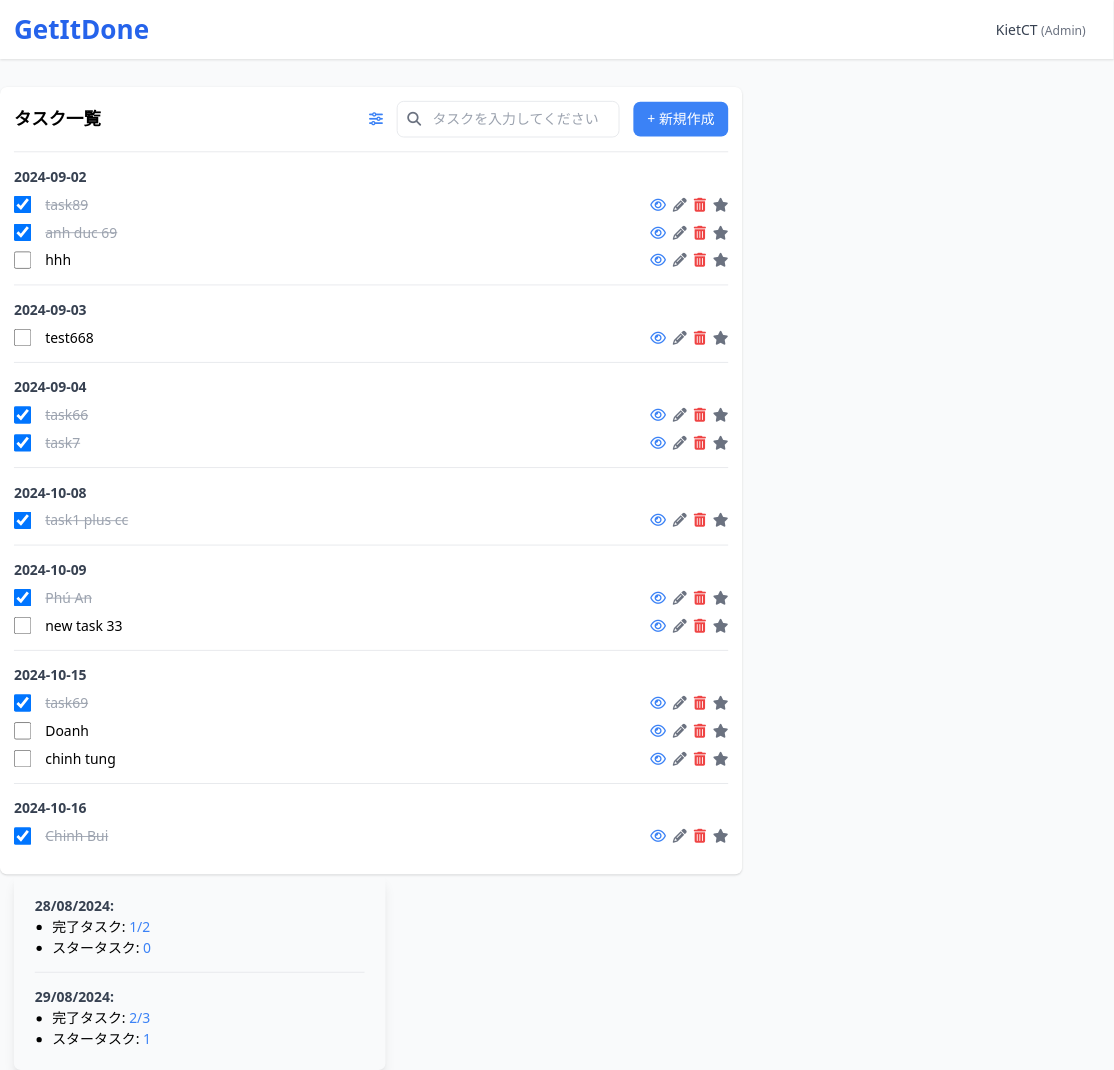
Repository: TuanAnhNguyen723/todolist
Page: http://localhost/mainscreen/mainscreen.php
An editor plug-in stored every save of this project. The page is shown before and after the next save, followed by the edit.
The browser window is 1280 px wide. The pictures show the whole page, at 87% of full size.
Some web libraries are served in a nearby version. The page is run by PHP 8.4 with error messages shown; the project is at /var/www/html/. The database holds what the project's SQL file puts in it.

Above is the page before, as saved 2024-09-30 16:14:23.

### mainscreen/mainscreen.php
<!DOCTYPE html>
<?php
include '../mainscreen/mainscreenController.php';
?>

<html lang="ja">
  <head>
    <meta charset="UTF-8" />
    <meta name="viewport" content="width=device-width, initial-scale=1.0" />
    <title>GetItDone Task List</title>
    <link
      href="https://cdn.jsdelivr.net/npm/tailwindcss@2.2.19/dist/tailwind.min.css"
      rel="stylesheet"
    />
    <link
      rel="stylesheet"
      href="https://cdnjs.cloudflare.com/ajax/libs/font-awesome/6.6.0/css/all.min.css"
    />

    <link href="./mainscreen.css">
    <script src="./mainscreen.js" defer></script>
  </head>
  <body class="bg-gray-50">
    <!-- Header Section -->
    <header class="bg-white shadow p-4 flex justify-between items-center">
      <div class="flex items-center">
        <h1 class="text-3xl font-bold text-blue-600">GetItDone</h1>
      </div>
      <div class="flex items-center">
        <span class="text-gray-700 mr-4"
          >KietCT <span class="text-sm text-gray-500">(Admin)</span></span
        >
      </div>
    </header>

    <!-- Main Section -->
    <main class="container mx-auto mt-8">
      <div class="flex justify-between">
        <!-- Task List -->
        <div class="w-2/3 bg-white p-4 shadow rounded-lg">
          <div class="flex justify-between items-center mb-4">
            <!-- Task List Title -->
            <h2 class="text-xl font-bold">タスク一覧</h2>

            <div class="flex items-center space-x-4">
              <!-- Filter Icon -->
              <button class="text-blue-500 hover:text-gray-700">
                <i class="fas fa-sliders-h"></i>
              </button>

              <!-- Search Input with Icon -->
              <div class="relative">
                <input
                  type="text"
                  class="border rounded-lg pl-10 pr-3 py-2 w-64"
                  placeholder="タスクを入力してください"
                />
                <!-- Search Icon -->
                <i
                  class="fas fa-search absolute left-3 top-3 text-gray-500"
                ></i>
              </div>

              <!-- New Task Button -->
              <button
                class="newtask bg-blue-500 text-white px-4 py-2 rounded-lg"
              >
                + 新規作成
              </button>
            </div>
          </div>

          <!-- Task Groups by Date -->
          <div class="task-container">
            <?php
            foreach ($tasks_by_date as $date => $tasks): // Duyệt qua các nhóm task theo ngày
              foreach ($tasks as $index => $task): // Duyệt qua từng task trong ngày
            ?>
                <?php if ($index === 0): // Chỉ hiển thị tiêu đề ngày cho task đầu tiên trong nhóm ?>
                  <div class="mb-4 border-t pt-4">
                    <h3 class="font-bold text-gray-700"><?php echo htmlspecialchars($date); ?></h3>
                <?php endif; ?>

                <div class="flex justify-between items-center space-x-4 my-2">
                  <div class="flex items-center space-x-4">
                    <input
                      type="checkbox"
                      class="form-checkbox h-5 w-5 toggle-complete"
                      data-task-id="<?php echo $task['task_id']; ?>"
                      <?php echo $task['checked'] ? 'checked' : ''; ?>
                    />
                    <span class="task-text <?php echo $task['checked'] ? 'line-through text-gray-400' : ''; ?>">
                      <?php echo htmlspecialchars($task['title']); ?>
                    </span>
                  </div>
                  <div class="flex space-x-2">
                    <!-- Nút xem chi tiết -->
                    <button class="text-blue-500 hover:text-blue-700">
                      <i class="fa fa-eye"></i>
                    </button>

                    <!-- Nút sửa với thuộc tính data-task-id để lưu task_id -->
                    <button class="text-gray-500 hover:text-gray-700 edit-task-button" data-task-id="<?php echo $task['task_id']; ?>">
                        <i class="fa fa-pencil"></i>
                    </button>

                    <!-- Nút xóa với form POST -->
                    <form action="./mainscreenController.php" method="POST" style="display:inline;">
                      <input type="hidden" name="task_id" value="<?php echo $task['task_id']; ?>">
                      <button type="submit" name="delete_task" class="text-red-500 hover:text-red-700">
                        <i class="fa fa-trash"></i>
                      </button>
                    </form>

                    <!-- Nút đánh dấu sao -->
                    <button class="text-gray-500 hover:text-yellow-300 star-icon">
                      <i class="fa fa-star"></i>
                    </button>
                  </div>
                </div>

                <?php if ($index === count($tasks) - 1): // Đóng div nhóm cho task cuối cùng trong ngày ?>
                  </div>
                <?php endif; ?>

            <?php
              endforeach;
            endforeach;
            ?>
          </div>



          </div>
        </div>

        <!-- Task Completion Summary -->
        <div
          id="task-summary"
          class="w-1/3 bg-grey-900 p-6 rounded-lg shadow-lg ml-4"
        >
          <h3 class="font-bold text-gray-700">28/08/2024:</h3>
          <ul class="list-disc pl-5">
            <li>完了タスク: <span class="text-blue-500">1/2</span></li>
            <li>スタータスク: <span class="text-blue-500">0</span></li>
          </ul>

          <h3 class="font-bold text-gray-700 mt-4 border-t pt-4">
            29/08/2024:
          </h3>
          <ul class="list-disc pl-5">
            <li>完了タスク: <span class="text-blue-500">2/3</span></li>
            <li>スタータスク: <span class="text-blue-500">1</span></li>
          </ul>
        </div>

        <!-- Task Add Modal -->
        <div id="taskAddModal" class="fixed z-50 inset-0 overflow-y-auto hidden">
          <div class="flex items-center justify-center min-h-screen bg-black bg-opacity-50">
            <div class="relative bg-white w-96 p-6 rounded-lg shadow-lg">
              <!-- Close Button -->
              <button id="closeModal" class="absolute top-2 right-2 text-gray-500 hover:text-gray-700">
                <i class="fas fa-times"></i>
              </button>

              <!-- Modal Title -->
              <h2 class="text-2xl font-bold mb-4">タスク追加</h2>

              <!-- Form -->

              <form action="mainscreenController.php" method="POST">
                <!-- Task Title -->
                <input
                  name="title"
                  type="text"
                  placeholder="タイトルが入力してください"
                  class="title w-full border border-gray-300 p-2 rounded-lg mb-4"
                />

                <!-- Date Pickers -->
                <div class="flex justify-between space-x-4 mb-4">
                  <div class="w-1/2 relative">
                    <label for="time_start" class="sr-only">Start Date</label>
                    <input
                      type="date"
                      name="time_start"
                      class="w-full border border-gray-300 p-2 rounded-lg"
                    />
                  </div>
                  <div class="w-1/2 relative">
                    <label for="time_end" class="sr-only">End Date</label>
                    <input
                      type="date"
                      name="time_end"
                      class="w-full border border-gray-300 p-2 rounded-lg"
                    />
                  </div>
                </div>

                <!-- Task Description -->
                <textarea
                  name="description"
                  placeholder="ディスクリプが入力してください"
                  class="w-full border border-gray-300 p-2 rounded-lg mb-4"
                  rows="4"
                ></textarea>

                <!-- Buttons -->
                <div class="flex justify-between">
                  <button
                    type="submit"
                    class="bg-blue-500 text-white px-4 py-2 rounded-lg w-full mr-2"
                  >
                    作成
                  </button>
                  <button
                    type="button"
                    class="border border-blue-500 text-blue-500 px-4 py-2 rounded-lg w-full"
                    id="cancelButton"
                  >
                    キャンセル
                  </button>
                </div>
              </form>

            </div>
          </div>
        </div>

        <!-- Filter Modal -->
        <div
          id="filterModal"
          class="fixed inset-0 bg-black bg-opacity-30 flex justify-center items-center hidden"
        >
          <div class="bg-white p-6 rounded-lg shadow-lg w-80">
            <h2 class="text-xl font-bold mb-4">フィルターオプション</h2>

            <!-- Status Dropdown -->
            <div class="mb-4 relative">
              <label class="block text-gray-700 font-semibold"
                >ステータス</label
              >
              <button
                id="statusButton"
                class="bg-gray-200 border border-gray-300 p-2 w-full text-left rounded-lg flex justify-between items-center"
              >
                <span id="statusText">全ステータス</span>
                <i class="fas fa-chevron-down"></i>
              </button>

              <ul
                id="statusDropdown"
                class="absolute bg-white border border-gray-300 rounded-lg w-full hidden mt-1 z-10"
              >
                <li
                  class="p-2 hover:bg-blue-500 hover:text-white cursor-pointer"
                  data-value="全ステータス"
                >
                  全ステータス
                </li>
                <li
                  class="p-2 hover:bg-blue-500 hover:text-white cursor-pointer"
                  data-value="完了"
                >
                  完了
                </li>
                <li
                  class="p-2 hover:bg-blue-500 hover:text-white cursor-pointer"
                  data-value="未完了"
                >
                  未完了
                </li>
              </ul>
            </div>

            <!-- Date Picker -->
            <div class="flex items-center mb-4">
              <i class="fas fa-calendar mr-2"></i>
              <span>締め切り</span>
            </div>

            <!-- Star Task Checkbox -->
            <div class="flex items-center mb-4">
              <input type="checkbox" id="starTask" class="mr-2" />
              <label for="starTask">スタータスク</label>
            </div>

            <!-- Buttons -->
            <div class="flex justify-between">
              <button
                id="resetButton"
                class="bg-gray-300 text-gray-700 px-4 py-2 rounded-lg"
              >
                リセット
              </button>
              <button
                id="applyButton"
                class="bg-blue-500 text-white px-4 py-2 rounded-lg"
              >
                適用
              </button>
            </div>
          </div>
        </div>


     <!-- Modal chỉnh sửa task -->
      <div id="taskEditModal" class="fixed z-50 inset-0 overflow-y-auto hidden">
        <div class="flex items-center justify-center min-h-screen bg-black bg-opacity-50">
          <div class="relative bg-white w-96 p-6 rounded-lg shadow-lg">
            <!-- Close Button -->
            <button id="closeEditModal" class="absolute top-2 right-2 text-gray-500 hover:text-gray-700">
              <i class="fas fa-times"></i>
            </button>


            <!-- Modal Content -->
            <h2 class="text-2xl font-bold mb-4">タスク編集</h2>
            <!-- Form -->
            <form id="editTaskForm" action="mainscreenController.php" method="POST">
              <!-- Task ID (ẩn) để biết nhiệm vụ nào cần chỉnh sửa -->
              <input type="hidden" name="edit_task_id" value="">

              <!-- Task Title -->
              <input name="edit_title" type="text" placeholder="タイトルを入力してください" class="edit-title w-full border border-gray-300 p-2 rounded-lg mb-4" />

              <!-- Date Pickers -->
              <div class="flex justify-between space-x-4 mb-4">
                <div class="w-1/2 relative">
                  <label for="edit_time_start" class="sr-only">Start Date</label>
                  <input type="date" name="edit_time_start" class="edit-time-start w-full border border-gray-300 p-2 rounded-lg" />
                </div>
                <div class="w-1/2 relative">
                  <label for="edit_time_end" class="sr-only">End Date</label>
                  <input type="date" name="edit_time_end" class="edit-time-end w-full border border-gray-300 p-2 rounded-lg" />
                </div>
              </div>

              <!-- Task Description -->
              <textarea name="edit_description" placeholder="ディスクリプションを入力してください" class="edit-description w-full border border-gray-300 p-2 rounded-lg mb-4" rows="4"></textarea>

              <!-- Buttons -->
              <div class="flex justify-between">
                <button id="saveEditButton" class="bg-blue-500 text-white px-4 py-2 rounded-lg w-full mr-2">
                  保存
                </button>
                <button type="button" class="border border-blue-500 text-blue-500 px-4 py-2 rounded-lg w-full" id="cancelEditButton">
                  キャンセル
                </button>
              </div>
            </form>
          </div>
        </div>
      </div>




      </div>
    </main>

    <!-- Icons FontAwesome -->
    <script src="https://kit.fontawesome.com/a076d05399.js"></script>
  </body>
</html>

### mainscreen/mainscreenController.php
<?php
// Kết nối đến CSDL
include '../config.php';

// Kiểm tra nếu form được gửi đi
if ($_SERVER['REQUEST_METHOD'] == 'POST') {

    if ($conn->connect_error) {
        die("Connection failed: " . $conn->connect_error);
    }

    // Xử lý cập nhật trạng thái 'checked' của task
    if (isset($_POST['task_id']) && isset($_POST['checked'])) {
        $task_id = intval($_POST['task_id']);
        $checked = intval($_POST['checked']);

        $sql = "UPDATE task SET checked = ? WHERE task_id = ?";
        $stmt = $conn->prepare($sql);

        if ($stmt === false) {
            die('Lỗi chuẩn bị SQL: ' . $conn->error);
        }

        $stmt->bind_param("ii", $checked, $task_id);

        if ($stmt->execute()) {
            echo "Trạng thái nhiệm vụ đã được cập nhật thành công.";
        } else {
            echo "Lỗi khi cập nhật trạng thái nhiệm vụ.";
        }

        $stmt->close();
        $conn->close();
        exit();
    }

    // Xử lý yêu cầu thêm task mới
    if (isset($_POST['title']) && isset($_POST['time_start']) && isset($_POST['time_end'])) {
        $title = $_POST['title'];
        $description = $_POST['description'];
        $time_start = $_POST['time_start'];
        $time_end = $_POST['time_end'];

        if (empty($title) || empty($time_start) || empty($time_end)) {
            header("Location: mainscreen.php?error=empty_fields");
            exit;
        }

        $sql = "INSERT INTO task (title, description, time_start, time_end, checked, user_id, grouptask_id)
                VALUES (?, ?, ?, ?, 0, 'some_user_id', 'some_group_id')";
        $stmt = $conn->prepare($sql);

        if ($stmt === false) {
            die('Lỗi chuẩn bị SQL: ' . $conn->error);
        }

        $stmt->bind_param("ssss", $title, $description, $time_start, $time_end);

        if ($stmt->execute()) {
            header("Location: mainscreen.php?success=1");
            exit();
        } else {
            header("Location: mainscreen.php?error=insert_failed");
            exit();
        }

        $stmt->close();
        $conn->close();
    }

    // Xử lý yêu cầu xóa task
    if (isset($_POST['task_id']) && isset($_POST['delete_task'])) {
        $task_id = intval($_POST['task_id']);

        $sql = "DELETE FROM task WHERE task_id = ?";
        $stmt = $conn->prepare($sql);

        if ($stmt === false) {
            die('Lỗi chuẩn bị SQL: ' . $conn->error);
        }

        $stmt->bind_param("i", $task_id);

        if ($stmt->execute()) {
            echo "Nhiệm vụ đã được xóa thành công.";
        } else {
            echo "Lỗi khi xóa nhiệm vụ.";
        }

        $stmt->close();
        $conn->close();
        exit();
    }

    // Xử lý yêu cầu chỉnh sửa (update) task
    if (isset($_POST['edit_task']) && isset($_POST['task_id'])) {
        $task_id = intval($_POST['task_id']);
        $title = $_POST['title'];
        $description = $_POST['description'];
        $time_start = $_POST['time_start'];
        $time_end = $_POST['time_end'];

        $sql = "UPDATE task SET title = ?, description = ?, time_start = ?, time_end = ? WHERE task_id = ?";
        $stmt = $conn->prepare($sql);

        if ($stmt === false) {
            die('Lỗi chuẩn bị SQL: ' . $conn->error);
        }

        $stmt->bind_param("ssssi", $title, $description, $time_start, $time_end, $task_id);

        if ($stmt->execute()) {
            echo "Nhiệm vụ đã được cập nhật thành công.";
        } else {
            echo "Lỗi khi cập nhật nhiệm vụ.";
        }

        $stmt->close();
        $conn->close();
        exit();
    }
}

// Xử lý yêu cầu lấy thông tin task theo task_id
if (isset($_GET['task_id'])) {
    $task_id = intval($_GET['task_id']); // Đảm bảo task_id là số nguyên hợp lệ

    // Chuẩn bị câu truy vấn SQL để lấy thông tin task dựa trên task_id
    $sql = "SELECT * FROM task WHERE task_id = ?";
    $stmt = $conn->prepare($sql);

    if ($stmt === false) {
        die('Lỗi chuẩn bị SQL: ' . $conn->error);
    }

    $stmt->bind_param("i", $task_id);
    $stmt->execute();
    $result = $stmt->get_result();

    if ($result->num_rows > 0) {
        $task = $result->fetch_assoc();
        echo json_encode($task); // Trả về dữ liệu JSON
    } else {
        echo json_encode(['error' => 'Không tìm thấy task.']);
    }

    $stmt->close();
    $conn->close();
    exit();
}

// Truy vấn tất cả các nhiệm vụ từ bảng task và sắp xếp theo time_start
$sql = "SELECT * FROM task ORDER BY time_start ASC";
$result = $conn->query($sql);

$tasks_by_date = [];

if ($result->num_rows > 0) {
    while ($row = $result->fetch_assoc()) {
        $date = date('Y-m-d', strtotime($row['time_start']));
        $tasks_by_date[$date][] = $row;
    }
} else {
    $tasks_by_date = []; // Không có dữ liệu
}

// Đóng kết nối
$conn->close();

### config.php
<?php
define('DB_SERVER', 'localhost');
define('DB_USERNAME', 'root');
define('DB_PASSWORD', '');
define('DB_NAME', 'todolistdb');

$conn = mysqli_connect(DB_SERVER, DB_USERNAME, DB_PASSWORD, DB_NAME);



if($conn === false){
    die("ERROR: Could not connect. " . mysqli_connect_error());
}
?>

### todolistdb.sql (the tables this page reads)
CREATE TABLE `task` (
  `task_id` int(11) NOT NULL,
  `title` varchar(255) NOT NULL,
  `description` varchar(255) NOT NULL,
  `time_start` date NOT NULL,
  `time_end` date NOT NULL,
  `checked` tinyint(1) NOT NULL,
  `user_id` varchar(10) NOT NULL,
  `grouptask_id` varchar(10) NOT NULL,
  `star` tinyint(1) NOT NULL
) ENGINE=InnoDB DEFAULT CHARSET=utf8mb4 COLLATE=utf8mb4_general_ci;

INSERT INTO `task` (`task_id`, `title`, `description`, `time_start`, `time_end`, `checked`, `user_id`, `grouptask_id`, `star`) VALUES
(26, 'task89', 'test89', '2024-09-02', '2024-09-11', 1, 'some_user_', 'some_group', 1),
(28, 'task1 plus  cc', 'test1 plus cc', '2024-10-08', '2024-09-10', 1, 'some_user_', 'some_group', 1),
(30, 'task66', 'test66', '2024-09-04', '2024-09-13', 1, 'some_user_', 'some_group', 1),
(36, 'task69', 'test69\r\n', '2024-10-15', '2024-10-17', 1, 'some_user_', 'some_group', 1),
(38, 'task7', 'test7', '2024-09-04', '2024-10-15', 1, 'some_user_', 'some_group', 1),
(42, 'Doanh', 'đần', '2024-10-15', '2024-10-14', 0, 'some_user_', 'some_group', 0),
(46, 'Phú An', 'An ', '2024-10-09', '2024-10-14', 1, 'some_user_', 'some_group', 0),
(56, 'Chinh Bui', 'tft', '2024-10-16', '2024-10-21', 1, 'some_user_', 'some_group', 0),
(58, '              anh duc 69            ', 'anh duc 69', '2024-09-02', '2024-10-08', 1, 'some_user_', 'some_group', 1),
(59, '                            test668                        ', 'test668', '2024-09-03', '2024-10-08', 0, 'some_user_', 'some_group', 1),
(61, 'chinh tung', 'tung chinh', '2024-10-15', '2024-10-08', 0, 'some_user_', 'some_group', 0),
(62, 'new task 33', 'new test 3 3', '2024-10-09', '2024-10-11', 0, 'some_user_', 'some_group', 1),
(63, 'hhh', 'hhh', '2024-09-02', '2024-10-07', 0, 'some_user_', 'some_group', 0);

ALTER TABLE `task`
  ADD PRIMARY KEY (`task_id`);

ALTER TABLE `task`
  MODIFY `task_id` int(11) NOT NULL AUTO_INCREMENT, AUTO_INCREMENT=64;

Loaded but not shown: mainscreen/mainscreen.js (272 lines, source omitted)

After the next save:
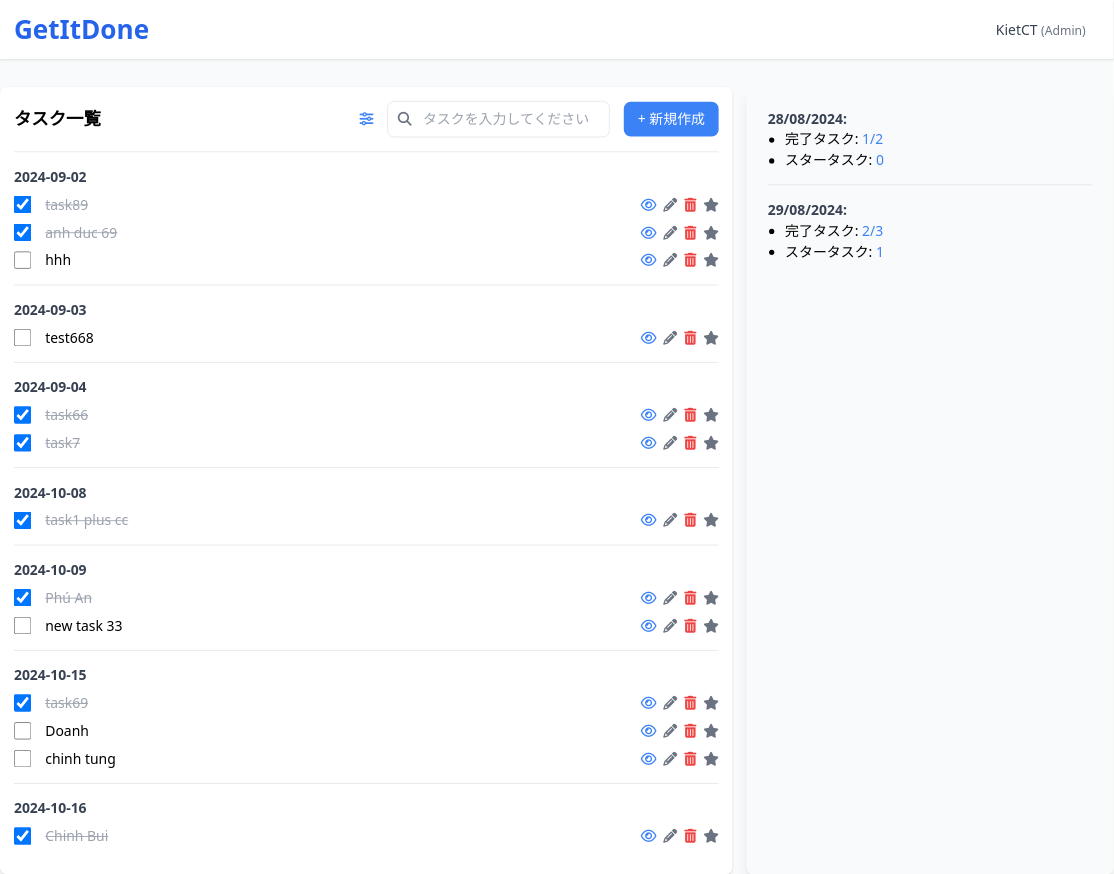
Saved 34 s later.
--- a/mainscreen/mainscreen.php
+++ b/mainscreen/mainscreen.php
@@ -72,15 +72,11 @@ include '../mainscreen/mainscreenController.php';
 
           <!-- Task Groups by Date -->
           <div class="task-container">
-            <?php
-            foreach ($tasks_by_date as $date => $tasks): // Duyệt qua các nhóm task theo ngày
-              foreach ($tasks as $index => $task): // Duyệt qua từng task trong ngày
-            ?>
-                <?php if ($index === 0): // Chỉ hiển thị tiêu đề ngày cho task đầu tiên trong nhóm ?>
-                  <div class="mb-4 border-t pt-4">
-                    <h3 class="font-bold text-gray-700"><?php echo htmlspecialchars($date); ?></h3>
-                <?php endif; ?>
-
+          <?php foreach ($tasks_by_date as $date => $tasks): ?>
+            <div class="mb-4 border-t pt-4">
+              <h3 class="font-bold text-gray-700"><?php echo htmlspecialchars($date); ?></h3>
+
+              <?php foreach ($tasks as $task): ?>
                 <div class="flex justify-between items-center space-x-4 my-2">
                   <div class="flex items-center space-x-4">
                     <input
@@ -102,7 +98,7 @@ include '../mainscreen/mainscreenController.php';
                     <!-- Nút sửa với thuộc tính data-task-id để lưu task_id -->
                     <button class="text-gray-500 hover:text-gray-700 edit-task-button" data-task-id="<?php echo $task['task_id']; ?>">
                         <i class="fa fa-pencil"></i>
-                    </button>
+                      </button>
 
                     <!-- Nút xóa với form POST -->
                     <form action="./mainscreenController.php" method="POST" style="display:inline;">
@@ -118,17 +114,9 @@ include '../mainscreen/mainscreenController.php';
                     </button>
                   </div>
                 </div>
-
-                <?php if ($index === count($tasks) - 1): // Đóng div nhóm cho task cuối cùng trong ngày ?>
-                  </div>
-                <?php endif; ?>
-
-            <?php
-              endforeach;
-            endforeach;
-            ?>
-          </div>
-
+              <?php endforeach; ?>
+            </div>
+          <?php endforeach; ?>
 
 
           </div>
@@ -314,6 +302,7 @@ include '../mainscreen/mainscreenController.php';
             </button>
 
 
+
             <!-- Modal Content -->
             <h2 class="text-2xl font-bold mb-4">タスク編集</h2>
             <!-- Form -->
